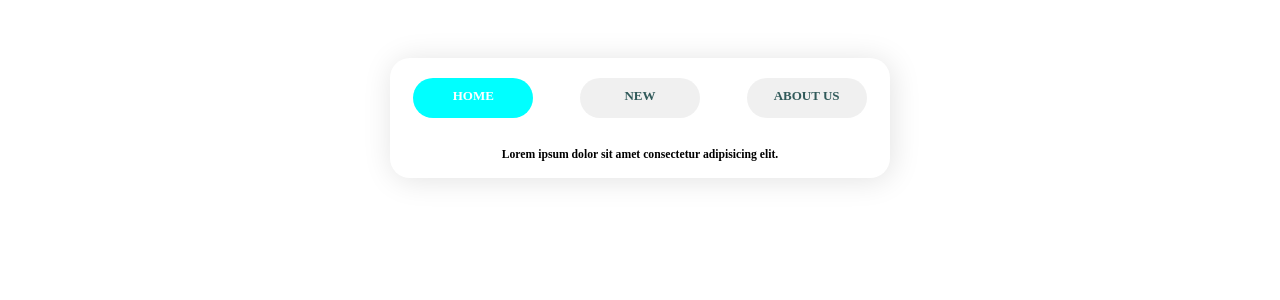
Repository: KHANHD192/JS_evondev
Page: eondev/tab_scroll/index.html
An editor plug-in stored every save of this project. The page is shown before and after the next save, followed by the edit.
The browser window is 1280 px wide. The pictures show the whole page.

Above is the page before, as saved 2023-05-30 00:31:13.

After the next save:
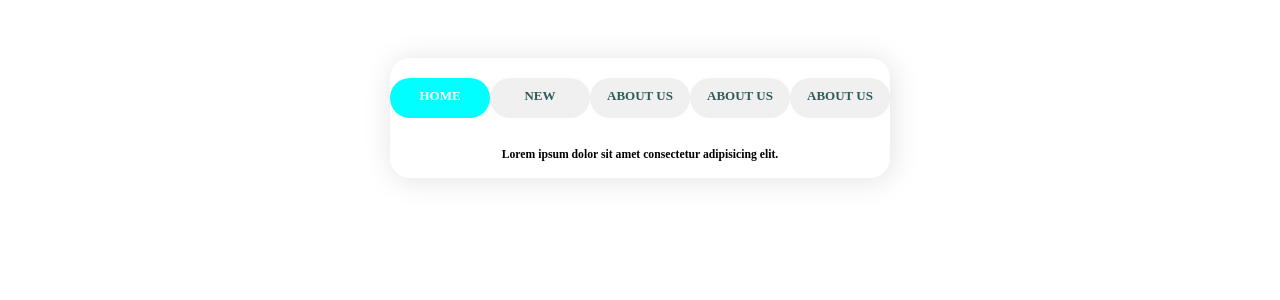
Saved 10 h 39 min later.
--- a/eondev/tab_scroll/index.html
+++ b/eondev/tab_scroll/index.html
@@ -70,6 +70,8 @@
             <div class="tab-item active">HOME</div>
             <div class="tab-item ">NEW</div>
             <div class="tab-item ">ABOUT US</div>
+            <div class="tab-item ">ABOUT US</div>
+            <div class="tab-item ">ABOUT US</div>
         </div>
         <div class="tab_wrap">
             <div class="tab_content active">
